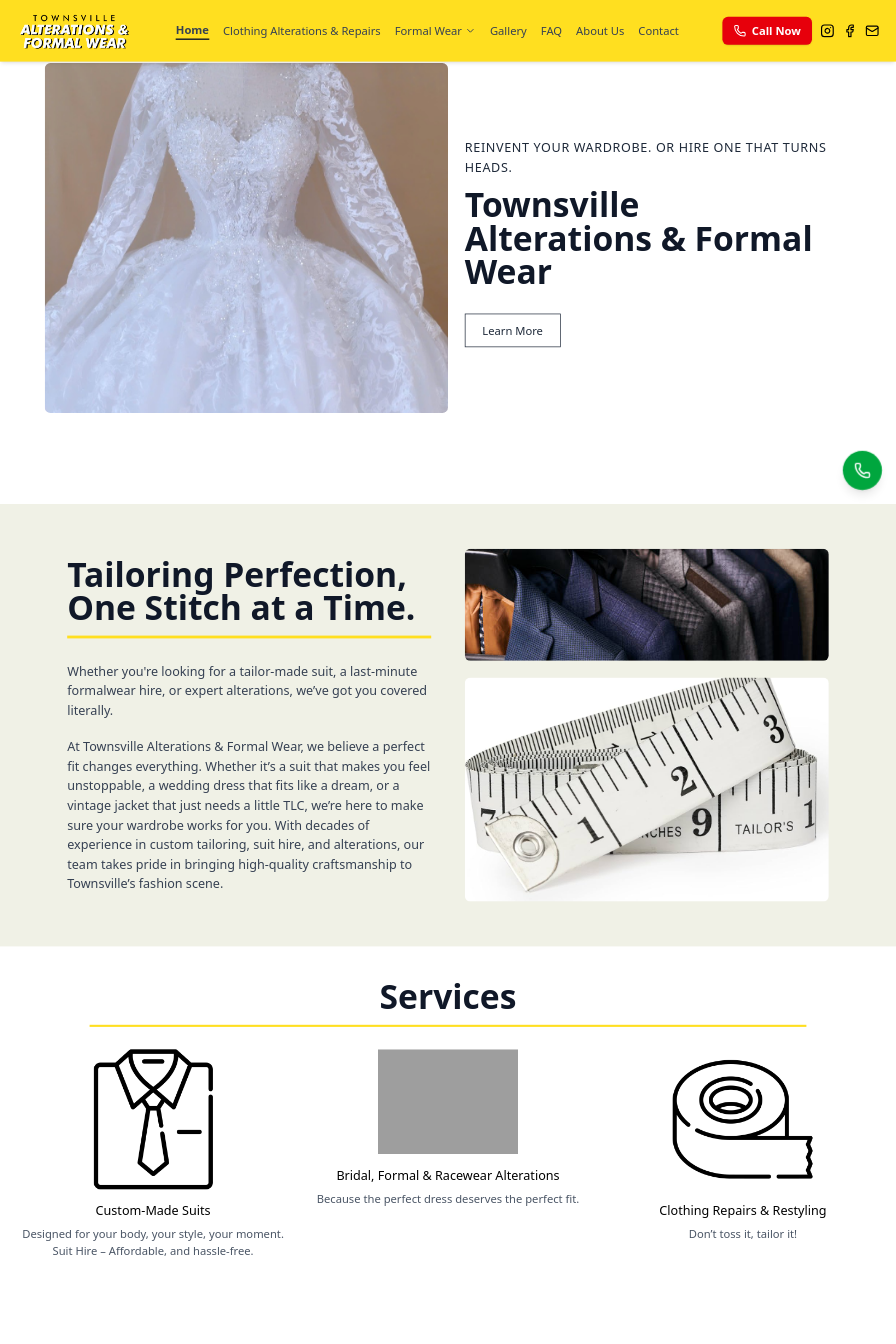
Repository: tarekhasan1/townsville-alteration
Page: /
An editor plug-in stored every save of this project. The page is shown before and after the next save, followed by the edit.
The browser window is 1280 px wide. The pictures show the part of the page from y = 0 to 1920 px (the page is 3274 px tall), at 70% of full size.
Pictures or frames that could not be fetched are drawn as grey boxes. The page's requests for data from a server got no answer. The project was rebuilt for these pictures with package versions that can differ from the ones it lists, and the page was loaded fresh each time. The framework's server and built-in components were replaced by stand-ins that run in the browser. No one was signed in, and anything a server would have sent is missing. Also part of the build but not shown: next.config.ts.

Above is the page before, as saved 2026-01-23 19:34:21.

### src/app/layout.tsx
import type { Metadata } from "next";
import "./globals.css";
import LayoutShell from "@/components/LayoutShell";
import FloatingCallButton from "@/components/FloatingCallButton";

export const metadata: Metadata = {
  title: "Townsville Alterations and Formal Wear | Tailoring, Suit Hire, Alterations",
  description:
    "Townsville Alterations and Formal Wear - Reinvent Your Wardrobe. Hire or tailor-make outfits that turn heads. Expert suit hire, bridal alterations, and tailoring in Townsville.",
  keywords:
    "Townsville Tailoring, Formal Wear Townsville, Suit Hire, Alterations, Wedding Dress Alterations, Custom Tailoring",
  authors: [{ name: "Townsville Alterations & Formal Wear" }],
  creator: "Townsville Alterations & Formal Wear",
  publisher: "Townsville Alterations & Formal Wear",
  robots: "index, follow",
  icons: "/logo.png",
};

export default function RootLayout({
  children,
}: {
  children: React.ReactNode;
}) {
  return (
    <html lang="en">
      <body>
        <LayoutShell>{children}</LayoutShell>

        {/* Global Floating Call Button */}
        <FloatingCallButton />
      </body>
    </html>
  );
}

### src/app/page.tsx
import BannerCarousel from "@/components/BannerCarousel";
import LatestCollection from "@/components/LatestCollection";
import ServicesSection from "@/components/ServicesSection";
import SuitsForSaleSection from "@/components/SuitForSaleSection";
import TailoringSection from "@/components/TailoringSection";

export default function Home() {
  return (
    <div>
      <BannerCarousel/>
      <TailoringSection/>
      <ServicesSection/>
      <LatestCollection/>
      <SuitsForSaleSection/>
    </div>
  );
}

### src/app/globals.css
@import "tailwindcss";

:root {
  --background: #ffffff;
  --foreground: #171717;
}

### src/components/LayoutShell.tsx
// components/LayoutShell.tsx
'use client';

import { usePathname } from 'next/navigation';
import Navbar from '@/components/Navbar';
import ContactSection from '@/components/ContactSection';
import DevelopedBy from '@/components/DevelopedBy';

export default function LayoutShell({ children }: { children: React.ReactNode }) {
  const pathname = usePathname();
  const isAdminRoute = pathname.startsWith('/admin');

  return (
    <>
      {!isAdminRoute && <Navbar />}
      {children}
      {!isAdminRoute && (
        <>
          <ContactSection />
          <DevelopedBy />
        </>
      )}
    </>
  );
}

### src/components/FloatingCallButton.tsx
'use client';

import { Phone } from 'lucide-react';

export default function FloatingCallButton() {
  return (
    <a
      href="tel:0421929683" // <-- replace with real number
      aria-label="Call us now"
      className="
        fixed
        bottom-5
        right-5
        z-50
        flex
        items-center
        justify-center
        w-14
        h-14
        rounded-full
        bg-green-600
        text-white
        shadow-lg
        hover:bg-green-700
        active:scale-95
        transition
      "
    >
      <Phone className="w-6 h-6" />
    </a>
  );
}

### src/components/BannerCarousel.tsx
"use client";
import { useState, useEffect } from "react";
import Image from "next/image";
import Link from "next/link";

const images = [
  "/3.jpeg",
  "/4.jpeg",
  "/5.jpeg",
  "/6.jpeg",
  "/8.jpeg",
  "/9.jpeg",
  "/12.jpeg",
  "/13.jpeg",
];

const BannerCarousel = () => {
  const [currentIndex, setCurrentIndex] = useState(0);

  useEffect(() => {
    const interval = setInterval(() => {
      setCurrentIndex((prevIndex) => (prevIndex + 1) % images.length);
    }, 5000);
    return () => clearInterval(interval);
  }, []);

  return (
    <div className="relative w-full min-h-[100vh] flex flex-col lg:flex-row items-center bg-white px-4 pt-[120px] lg:pt-0 lg:px-16 py-10">
      {/* Image Carousel */}
      <div className="relative w-full lg:w-1/2 h-96 lg:h-[500px] overflow-hidden">
        {images.map((src, index) => (
          <Image
            key={index}
            src={src}
            alt={`Townsville Alterations & Formal Wear Image ${index + 1}`}
            fill
            className={`absolute inset-0 transition-opacity duration-1000 rounded-lg ${index === currentIndex ? "opacity-100" : "opacity-0"} object-cover`}
          />
        ))}
      </div>

      {/* Text Section */}
      <header className="w-full lg:w-1/2 text-center lg:text-left mt-6 lg:mt-0 px-6">
        <h2 className="text-gray-800 text-lg uppercase tracking-wider">
          Reinvent Your Wardrobe. Or Hire One That Turns Heads.
        </h2>
        <h2 className="text-4xl lg:text-5xl font-semibold text-gray-900 mt-4">
          Townsville Alterations & Formal Wear
        </h2>
        <div className="mt-12">
          <Link
            href="/about-us"
            aria-label="Learn more about Townsville Alterations and Formal Wear"
            className="mt-6 border border-gray-800 px-6 py-3 text-gray-800 hover:bg-yellow-300 hover:cursor-pointer hover:text-gray-900 hover:ease-in-out hover:border-gray-50 transition-all"
          >
            Learn More
          </Link>
        </div>
      </header>
    </div>
  );
};

export default BannerCarousel;

### src/components/LatestCollection.tsx
// components/LatestCollection.tsx
'use client';

import ImageGallery from "@/components/ImageGallery";

export default function LatestCollection() {
  return (
    <section id="latest-collection">
      <ImageGallery
        collection="featured"
        title="Latest Collection"
        description="Explore our freshest styles and most popular looks—handpicked for your standout moments."
        itemsPerPage={6}
        showExploreButton={true}
      />
    </section>
  );
}

### src/components/ServicesSection.tsx
import Image from "next/image";

const services = [
  {
    icon: "/shirt-icon.png", // Replace with actual icon path
    title: "Custom-Made Suits",
    description: "Designed for your body, your style, your moment. Suit Hire – Affordable, and hassle-free."
  },
  {
    icon: "/dress-icon.png", // Replace with actual icon path
    title: "Bridal, Formal & Racewear Alterations",
    description: "Because the perfect dress deserves the perfect fit."
  },
  {
    icon: "/tape-icon.png", // Replace with actual icon path
    title: "Clothing Repairs & Restyling",
    description: "Don’t toss it, tailor it!"
  }
];

export default function ServicesSection() {
  return (
    <section className="py-12 text-center w-full min-h-[85vh]" aria-labelledby="services-section">
      <h2
        id="services-section"
        className="text-4xl md:text-5xl font-bold text-gray-900 mb-4"
        aria-describedby="services-description"
      >
        Services
      </h2>
      <div
        id="services-description"
        className="w-[80vw] border-b border-[2px] border-yellow-300 mx-auto mb-8"
      ></div>
      <div className="grid grid-cols-1 md:grid-cols-3 gap-8 mx-auto px-6">
        {services.map((service, index) => (
          <div key={index} className="flex flex-col items-center" aria-labelledby={`service-${index}-title`} aria-describedby={`service-${index}-desc`}>
            <Image
              src={service.icon}
              alt={service.title}
              width={200}
              height={200}
              className="mb-4"
              priority
            />
            <h3
              id={`service-${index}-title`}
              className="text-lg font-medium mb-2"
              aria-level={3}
            >
              {service.title}
            </h3>
            <p
              id={`service-${index}-desc`}
              className="text-gray-600"
              aria-labelledby={`service-${index}-title`}
            >
              {service.description}
            </p>
          </div>
        ))}
      </div>
    </section>
  );
}

### src/components/SuitForSaleSection.tsx
// components/SuitsForSaleSection.tsx
'use client';

import ImageGallery from "@/components/ImageGallery";

export default function SuitsForSaleSection() {
  return (
    <section id="suits-for-sale">
      <ImageGallery
        collection="suits"
        title="Suits – Available to Buy"
        description="Own your look — browse our premium suits crafted for fit, comfort, and standout style."
        itemsPerPage={6}
        showContactButton={true}
        contactEmail="sales@townsvillealterationsformalwear.com"
        contactSubject="Interested in Buying a Suit"
        showCallButton={true}
        phoneNumber="+04 219 29683" // Replace with actual number
        callButtonText="Call to Buy"
      />
    </section>
  );
}

### src/components/TailoringSection.tsx
/* eslint-disable react/no-unescaped-entities */
import Image from "next/image";

export default function TailoringSection() {
  return (
    <section id="tailoring-section" aria-labelledby="tailoring-section" className="bg-[#f0f1e6] py-16 px-6 md:px-16 lg:px-24">
      <div className="mx-auto grid grid-cols-1 md:grid-cols-2 gap-12 items-center">
        {/* Text Content */}
        <div>
          <h2 id="tailoring-section" className="text-4xl md:text-5xl font-bold text-gray-900 mb-4">
            Tailoring Perfection, One Stitch at a Time.
          </h2>
          <hr className="mb-4 md:mb-8 border-[2px] text-yellow-300"/>
          <p className="text-gray-700 text-lg mb-6">
            Whether you're looking for a tailor-made suit, a last-minute formalwear hire, or expert alterations, we’ve got you covered literally.
          </p>
          <p className="text-gray-700 text-lg">
            At Townsville Alterations & Formal Wear, we believe a perfect fit changes everything. Whether it’s a suit that makes you feel unstoppable, a wedding dress that fits like a dream, or a vintage jacket that just needs a little TLC, we’re here to make sure your wardrobe works for you. With decades of experience in custom tailoring, suit hire, and alterations, our team takes pride in bringing high-quality craftsmanship to Townsville’s fashion scene.
          </p>
        </div>

        {/* Image Content */}
        <div className="grid grid-cols-1 gap-6">
          <div className="relative w-full h-30 md:h-40">
            <Image
              src="/tailored-suit.jpg"
              alt="Tailored custom suits in Townsville"
              layout="fill"
              objectFit="cover"
              className="rounded-lg"
            />
          </div>
          <div className="relative w-full h-60 md:h-80">
            <Image
              src="/tape.jpg"
              alt="Measuring tape representing precision tailoring in Townsville"
              layout="fill"
              objectFit="cover"
              className="rounded-lg"
            />
          </div>
        </div>
      </div>
    </section>
  );
}

### src/components/ContactSection.tsx
'use client';

import Image from 'next/image';
import { Facebook, Instagram } from 'lucide-react';

export default function ContactSection() {
  return (
    <footer
      id="contact"
      aria-labelledby="contact-us"
      className="bg-[#f2f2e5] p-8 md:p-12 lg:p-16"
    >
      <div className="mx-auto grid grid-cols-1 md:grid-cols-2 gap-8 items-center">
        <div className="w-full h-auto relative">
          <Image
            src="/tailored-suit.jpg"
            alt="Tailored suits on hangers"
            width={600}
            height={400}
            className="rounded-lg"
            priority
          />
        </div>
        <div className="space-y-6 text-center md:text-left">
          <h2
            id="contact-us"
            className="text-4xl md:text-5xl font-bold text-gray-900 mb-4"
          >
            We&apos;d love to work with you. Call us now.
          </h2>
          <hr className="border-yellow-300 border-[2px]" />
          <div className="space-y-4 text-gray-700">
            <div>
              <h3 className="font-semibold">ADDRESS</h3>
              <p>611 Flinders Street, Townsville</p>
            </div>
            <div>
              <h3 className="font-semibold">PHONE</h3>
              <p>04 219 29683</p>
            </div>
            <div>
              <h3 className="font-semibold">EMAIL</h3>
              <p>
                <a
                  href="mailto:tranglecong2014@gmail.com"
                  className="hover:text-gray-600"
                  aria-label="Email us at sales@tsvalterationsandformalwear.com"
                >
                  tranglecong2014@gmail.com
                </a>
              </p>
            </div>
            <div>
              <h3 className="font-semibold">SOCIAL</h3>
              <div className="flex justify-center md:justify-start space-x-4 text-xl">
                <a
                  target="_blank"
                  href="https://www.facebook.com/DressmakingAlterationsTownsville"
                  aria-label="Facebook - Townsville Alterations and Formal Wear"
                  className="text-gray-800 hover:text-gray-600"
                >
                  <Facebook size={24} />
                </a>
                <a
                  target="_blank"
                  href="https://www.instagram.com/tsvalterationformal?igsh=bXJkaXp3eXN4Yml2"
                  aria-label="Instagram - Townsville Alterations and Formal Wear"
                  className="text-gray-800 hover:text-gray-600"
                >
                  <Instagram size={24} />
                </a>
              </div>
            </div>
          </div>
        </div>
      </div>
    </footer>
  );
}

### src/components/DevelopedBy.tsx
// components/DevelopedBy.js

import React from 'react';

const DevelopedBy = () => {
  return (
    <footer className="bg-gray-900 text-white text-center py-4">
      <p className="text-sm">
        Developed by{' '}
        <a
          href="https://digitalcowboy.com.au"
          className="text-yellow-400 hover:underline"
          target="_blank"
          rel="noopener noreferrer"
        >
          DigitalCowboy
        </a>
      </p>
    </footer>
  );
};

export default DevelopedBy;

### actions/client.action.ts
// lib/client.actions.ts
'use client';

import { collection, getDocs } from "firebase/firestore";
import { db } from "@/firebase/config";

export type CollectionType = 'gallery' | 'featured' | 'suits' | 'wedding-gowns';

export interface ImageData {
  id: string;
  url: string;
  fileName?: string;
  fileSize?: number;
  uploadedAt?: Date;
}

// Fetch images from a specific collection
export const fetchCollectionImages = async (collectionName: CollectionType): Promise<ImageData[]> => {
  try {
    const snapshot = await getDocs(collection(db, collectionName));
    const images = snapshot.docs.map((doc) => ({
      id: doc.id,
      url: doc.data().url as string,
      fileName: doc.data().fileName as string,
      fileSize: doc.data().fileSize as number,
      uploadedAt: doc.data().uploadedAt?.toDate() as Date,
    }));
    return images;
  } catch (error) {
    console.error(`Error fetching ${collectionName} images:`, error);
    throw new Error(`Failed to fetch ${collectionName} images`);
  }
};

// Fetch all images from all collections
export const fetchAllImages = async (): Promise<{
  gallery: ImageData[];
  featured: ImageData[];
  suits: ImageData[];
  weddingGowns: ImageData[];
}> => {
  try {
    const [gallery, featured, suits, weddingGowns] = await Promise.all([
      fetchCollectionImages('gallery'),
      fetchCollectionImages('featured'),
      fetchCollectionImages('suits'),
      fetchCollectionImages('wedding-gowns'),
    ]);

    return { gallery, featured, suits, weddingGowns };
  } catch (error) {
    console.error('Error fetching all images:', error);
    throw new Error('Failed to fetch images');
  }
};

// Fetch images with pagination
export const fetchPaginatedImages = async (
  collectionName: CollectionType,
  page: number,
  itemsPerPage: number
): Promise<{
  images: ImageData[];
  total: number;
  totalPages: number;
}> => {
  try {
    const allImages = await fetchCollectionImages(collectionName);
    const startIndex = page * itemsPerPage;
    const endIndex = startIndex + itemsPerPage;
    const paginatedImages = allImages.slice(startIndex, endIndex);
    const totalPages = Math.ceil(allImages.length / itemsPerPage);

    return {
      images: paginatedImages,
      total: allImages.length,
      totalPages,
    };
  } catch (error) {
    console.error(`Error fetching paginated ${collectionName} images:`, error);
    throw new Error(`Failed to fetch paginated ${collectionName} images`);
  }
};

### src/firebase/config.ts
// Import the functions you need from the SDKs you need
import { initializeApp } from "firebase/app";
import { getFirestore } from 'firebase/firestore';
import { getStorage } from 'firebase/storage';
// TODO: Add SDKs for Firebase products that you want to use
// https://firebase.google.com/docs/web/setup#available-libraries

// Your web app's Firebase configuration
const firebaseConfig = {
  apiKey: process.env.NEXT_PUBLIC_FIREBASE_API_KEY,
  authDomain: process.env.NEXT_PUBLIC_FIREBASE_AUTH_DOMAIN,
  projectId: process.env.NEXT_PUBLIC_FIREBASE_PROJECT_ID,
  storageBucket: process.env.NEXT_PUBLIC_FIREBASE_STORAGE_BUCKET,
  messagingSenderId: process.env.NEXT_PUBLIC_FIREBASE_MESSAGING_SENDER_ID,
  appId: process.env.NEXT_PUBLIC_FIREBASE_APP_ID
};

// Initialize Firebase
const app = initializeApp(firebaseConfig);
export const db = getFirestore(app);
export const storage = getStorage(app);

Loaded but not shown: src/components/Navbar.tsx (201 lines, source omitted); src/components/ImageGallery.tsx (227 lines, source omitted)

After the next save:
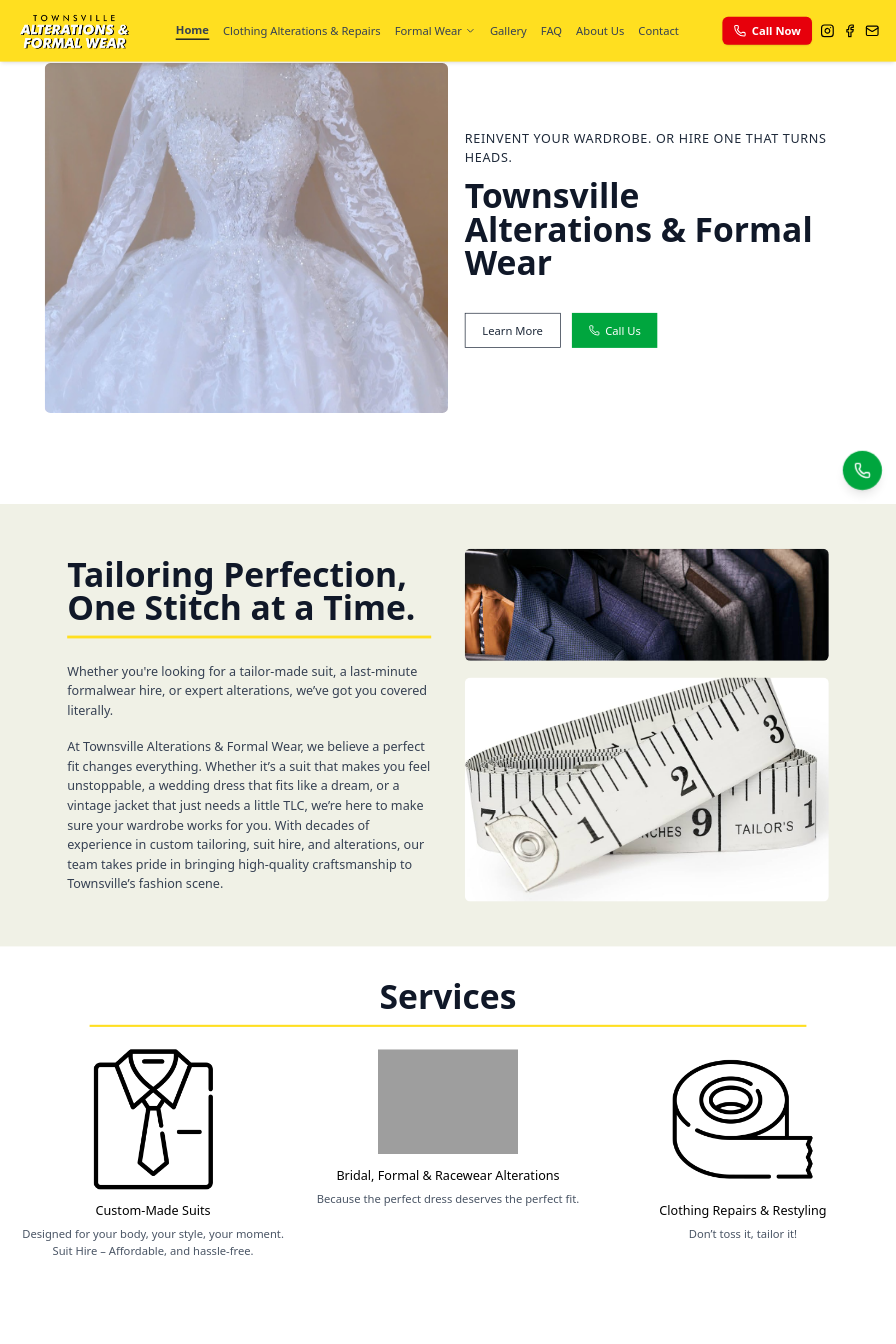
Saved 2 min 44 s later.
--- a/src/components/BannerCarousel.tsx
+++ b/src/components/BannerCarousel.tsx
@@ -2,6 +2,7 @@
 import { useState, useEffect } from "react";
 import Image from "next/image";
 import Link from "next/link";
+import { Phone } from "lucide-react";
 
 const images = [
   "/3.jpeg",
@@ -34,7 +35,9 @@ const BannerCarousel = () => {
             src={src}
             alt={`Townsville Alterations & Formal Wear Image ${index + 1}`}
             fill
-            className={`absolute inset-0 transition-opacity duration-1000 rounded-lg ${index === currentIndex ? "opacity-100" : "opacity-0"} object-cover`}
+            className={`absolute inset-0 transition-opacity duration-1000 rounded-lg ${
+              index === currentIndex ? "opacity-100" : "opacity-0"
+            } object-cover`}
           />
         ))}
       </div>
@@ -44,17 +47,31 @@ const BannerCarousel = () => {
         <h2 className="text-gray-800 text-lg uppercase tracking-wider">
           Reinvent Your Wardrobe. Or Hire One That Turns Heads.
         </h2>
+
         <h2 className="text-4xl lg:text-5xl font-semibold text-gray-900 mt-4">
           Townsville Alterations & Formal Wear
         </h2>
-        <div className="mt-12">
+
+        {/* CTA Buttons */}
+        <div className="mt-12 flex flex-col sm:flex-row gap-4 sm:justify-center lg:justify-start">
+          {/* Learn More */}
           <Link
             href="/about-us"
             aria-label="Learn more about Townsville Alterations and Formal Wear"
-            className="mt-6 border border-gray-800 px-6 py-3 text-gray-800 hover:bg-yellow-300 hover:cursor-pointer hover:text-gray-900 hover:ease-in-out hover:border-gray-50 transition-all"
+            className="border border-gray-800 px-6 py-3 text-gray-800 hover:bg-yellow-300 hover:text-gray-900 transition-all text-center"
           >
             Learn More
           </Link>
+
+          {/* Call Us */}
+          <a
+            href="tel:0421929683" // replace with real number
+            aria-label="Call Townsville Alterations and Formal Wear"
+            className="flex items-center justify-center gap-2 bg-green-600 px-6 py-3 text-white hover:bg-green-700 transition-all"
+          >
+            <Phone className="w-4 h-4" />
+            Call Us
+          </a>
         </div>
       </header>
     </div>
